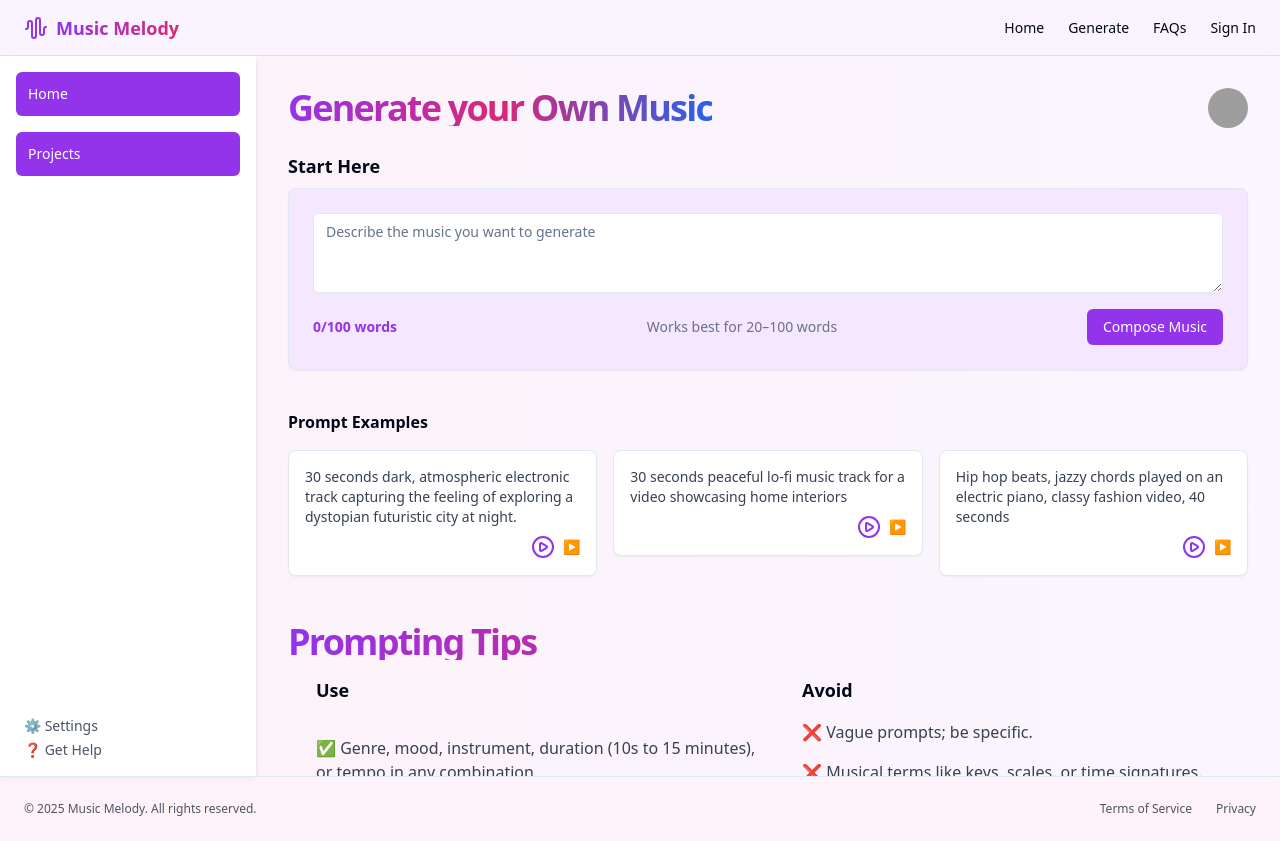
Repository: Aadityakesarwani/musicMelody
Page: /MusicMelodyUI
An editor plug-in stored every save of this project. The page is shown before and after the next save, followed by the edit.
The browser window is 1280 px wide. The pictures show the whole page.
Pictures or frames that could not be fetched are drawn as grey boxes. An inner scrolling area shows only its first screen. The project was rebuilt for these pictures with package versions that can differ from the ones it lists, and the page was loaded fresh each time. Also part of the build but not shown: vite.config.js, src/components/ui/accordion.jsx, src/components/Faq.jsx, src/components/Hero.jsx, src/components/HowItWorks.jsx, src/context/AuthContext.jsx, src/components/SignIn.jsx, src/components/MusicSection.jsx and 7 more. Imported but missing from the stored project, and not drawn on this page: src/assets/1.mp4, src/assets/2.mp4, src/assets/3.mp4, src/assets/4.mp4, src/assets/5.mp4.

Above is the page before, as saved 2025-04-13 19:26:25.

After the next save:
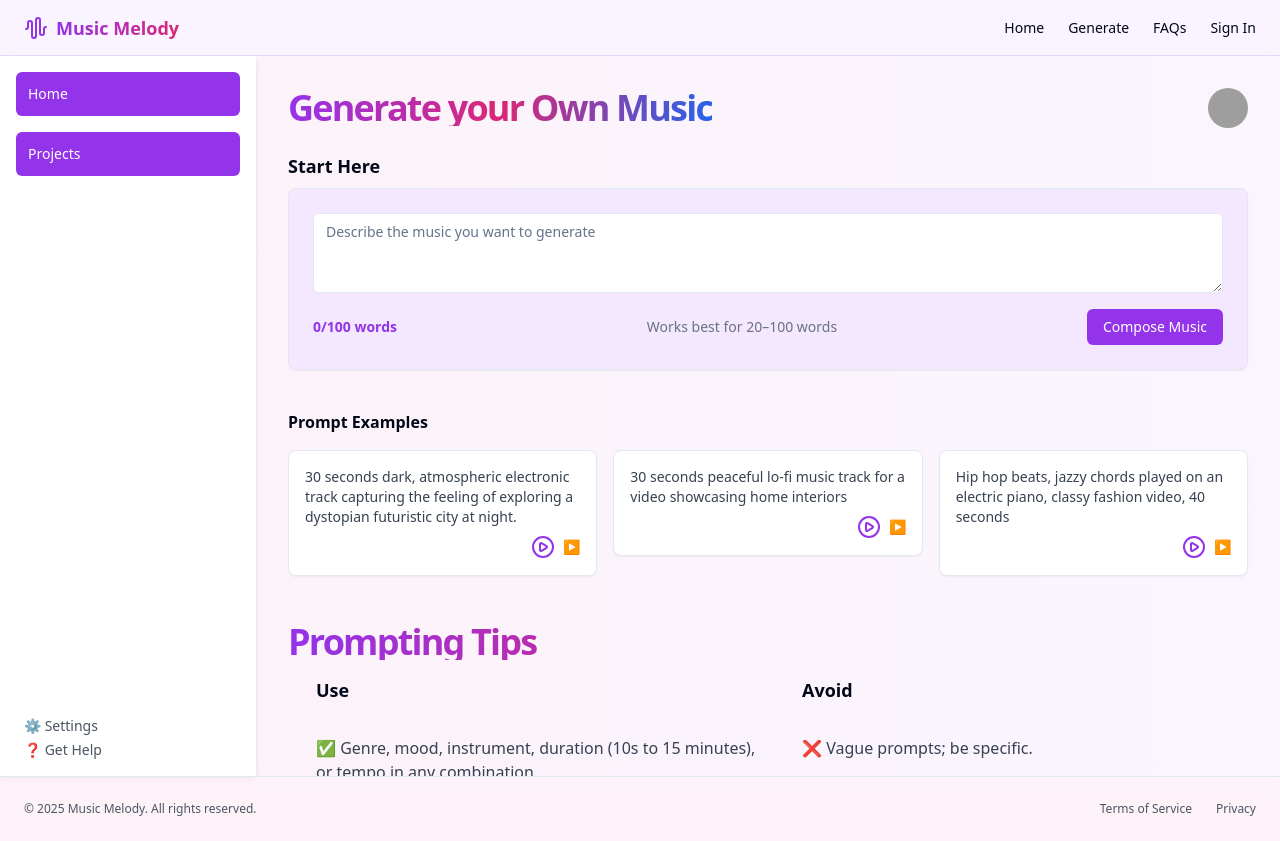
Saved 4 s later.
--- a/src/components/MusicMelodyUI.jsx
+++ b/src/components/MusicMelodyUI.jsx
@@ -114,7 +114,7 @@ export default function MusicMelodyUI() {
 
             {/* Avoid Column */}
             <div>
-              <h4 className="text-lg font-semibold mb-4">Avoid</h4>
+              <h4 className="text-lg font-semibold mb-8">Avoid</h4>
               <ul className="space-y-4 text-gray-700">
                 <li>❌ Vague prompts; be specific.</li>
                 <li>❌ Musical terms like keys, scales, or time signatures.</li>
